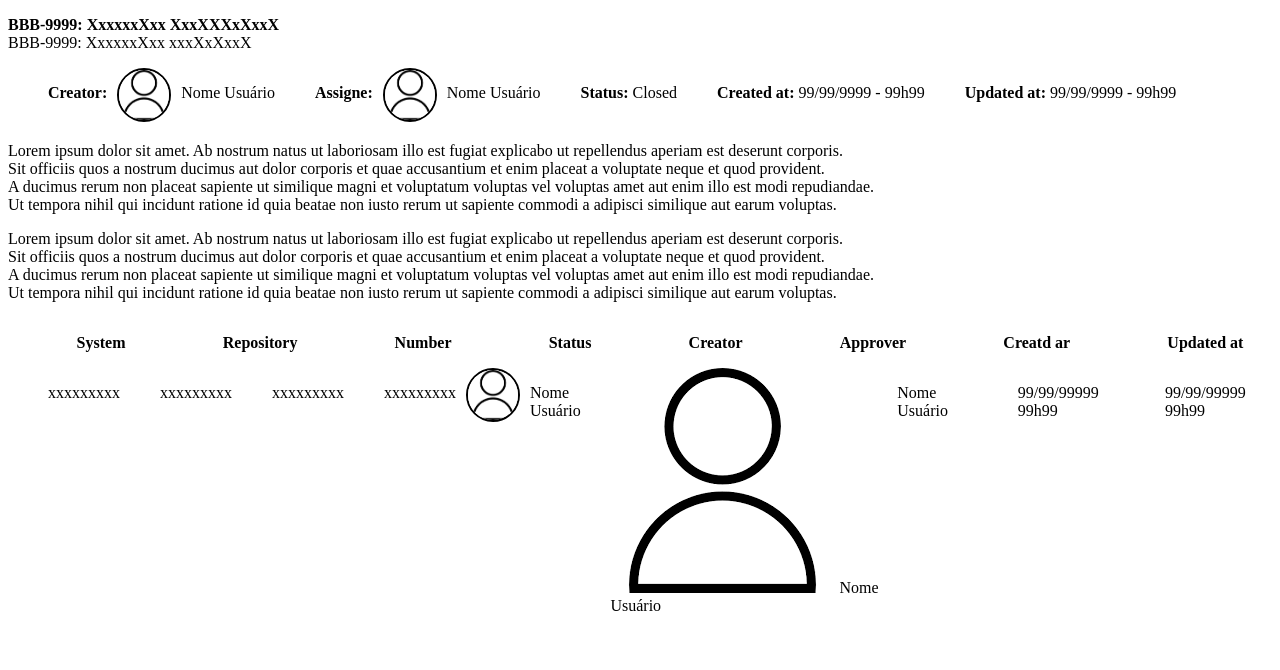
Repository: AnaBerlanda/PaginaFer
Page: index.html
These files come from the project's save history. The page is drawn as it stood at one moment and after the next save; the edit follows.
The browser window is 1280 px wide. The pictures show the whole page.

Above is the page before, as saved 2022-05-23 15:10:43.

After the next save:
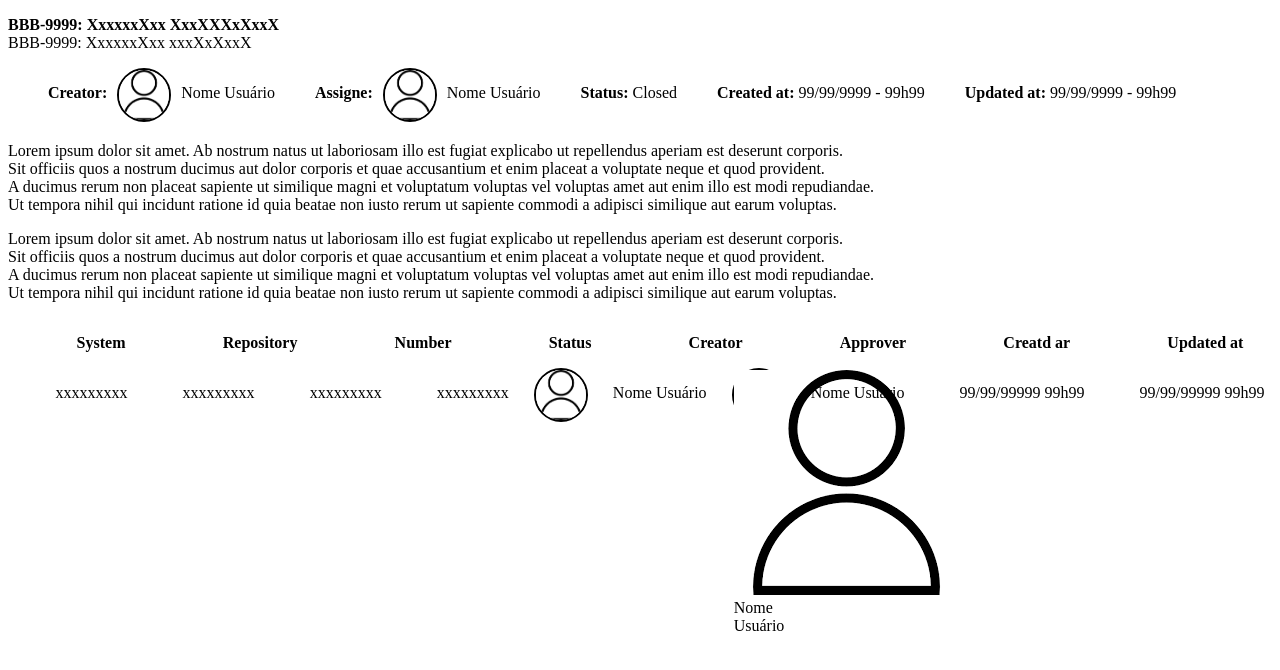
Saved 20 s later.
--- a/index.css
+++ b/index.css
@@ -21,5 +21,10 @@
 
 }
 .imagem-usuario{
+    width: 50px;
+    height: 50px;
+    border-radius: 50%;
+    border: 2px solid black;
+    margin-left: 10px;
     align-items: center;
 }
